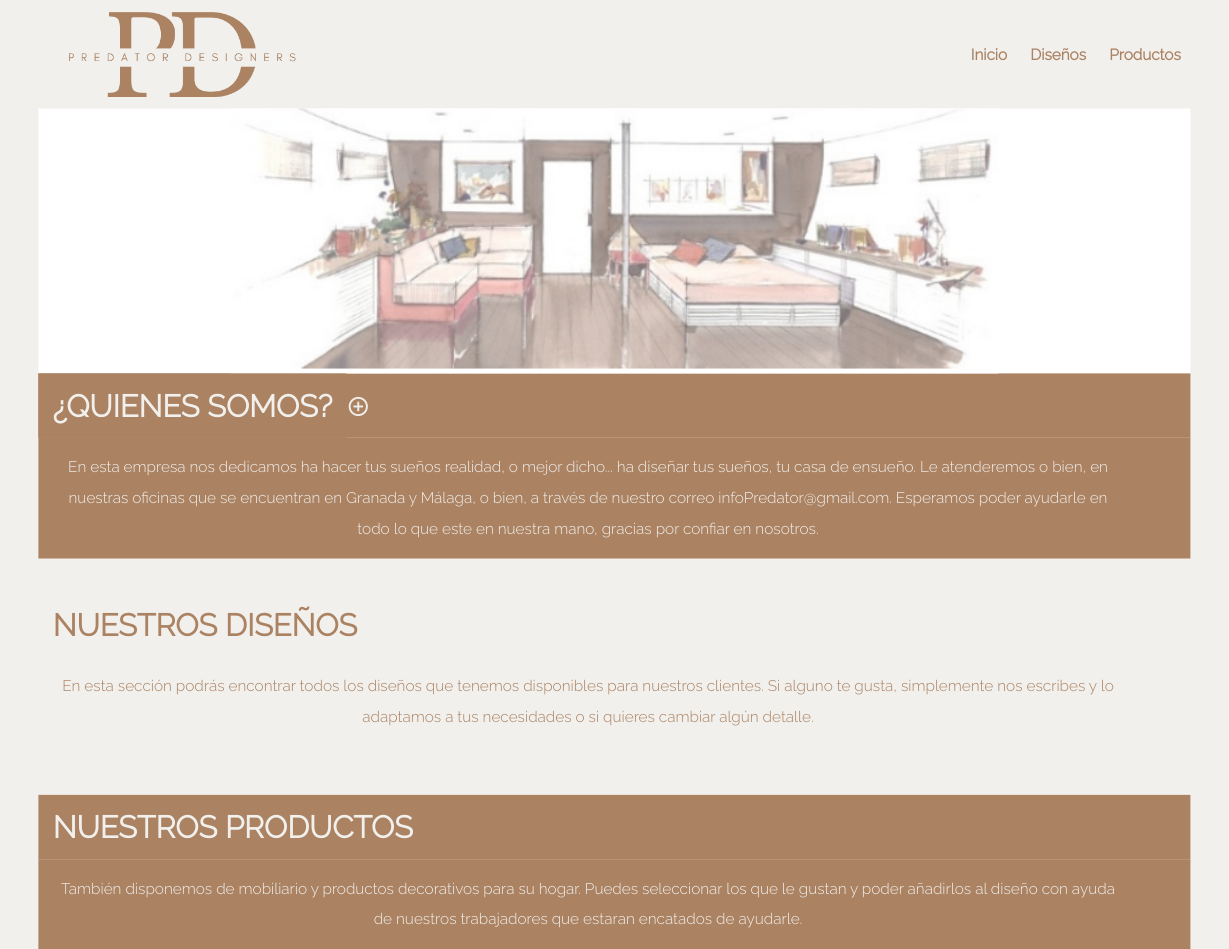
Repository: judiith-mf/dise-oInterior
Page: index.html
The author's editor kept a record of every edit. The page is drawn from the files as they stood at one moment, then again after the next edit.
The browser window is 1280 px wide. The pictures show the whole page, at 96% of full size.

Above is the page before.

### index.html
<html lang="en">
<head>
    <meta charset="UTF-8">
    <meta name="viewport" content="width=device-width, initial-scale=1.0">
    <title>Eponymous</title>
    <link rel="stylesheet" href="css/estilos.css">
    <link href="https://fonts.googleapis.com/css2?family=Raleway:wght@300&display=swap" rel="stylesheet">
    <link rel="stylesheet" href="https://fonts.googleapis.com/css2?family=Material+Symbols+Outlined:opsz,wght,FILL,GRAD@20..48,100..700,0..1,-50..200" />

    </head>
<body>
    <div class="contenedor">
        <div class="tit-nav">
            <div class="tit">
                <img src="imagenes/DP.png" alt="">
            </div>
            <div class="nav">
                <nav>
                    <a href="index.html">Inicio</a>
                    <a href="#">Diseños</a>
                    <a href="#">Productos</a>
                </nav>
            </div>
        </div>

        <div class="img">
            <img src="imagenes/Captura.PNG" alt="">
        </div>



            <div class="contenido">
                <div class="info">
                    <h1 class="marron" id="h1_marron">¿QUIENES SOMOS?</h1>
                    <span class="material-symbols-outlined">add_circle</span>
                </div>


                <div class="marron">
                    <div class="marron_texto">
                        <p>En esta empresa nos dedicamos ha hacer tus sueños realidad, o mejor dicho... ha diseñar tus sueños, tu casa de ensueño. Le atenderemos o bien, en nuestras oficinas que se encuentran en Granada y Málaga, o bien, a través de nuestro correo infoPredator@gmail.com. Esperamos poder ayudarle en todo lo que este en nuestra mano, gracias por confiar en nosotros.
                        </p>
                    </div>

                </div>


                <h1 class="blanco" id="h1_blanco">NUESTROS DISEÑOS</h1>
                <div class="blanco">
                    <div class="blanco_texto">
                        <p>
                            En esta sección podrás encontrar todos los diseños que tenemos disponibles para nuestros clientes. Si alguno te gusta, simplemente nos escribes y lo adaptamos a tus necesidades o si quieres cambiar algún detalle.
                        </p>
                    </div>
                </div>

                <h1 class="marron" id="h1_marron">NUESTROS PRODUCTOS</h1>
                <div class="marron">
                    <div class="marron_texto">
                        <p>También disponemos de mobiliario y productos decorativos para su hogar. Puedes seleccionar los que le gustan y poder añadirlos al diseño con ayuda de nuestros trabajadores que estaran encatados de ayudarle.
                        </p>
                    </div>
                </div>

            </div>


    </div>
    <script src="https://cdn.jsdelivr.net/npm/bootstrap@5.3.2/dist/js/bootstrap.bundle.min.js" integrity="sha384-C6RzsynM9kWDrMNeT87bh95OGNyZPhcTNXj1NW7RuBCsyN/o0jlpcV8Qyq46cDfL" crossorigin="anonymous"></script>

</body>
</html>

### css/estilos.css
*{
    margin: 0;
}

/*BODY*/
body{
    background-color: #F1F0ED;
    font-family: 'Raleway', sans-serif;
}
.contenedor{
    max-width: 1200px;
    margin: 0 auto;
}
/*CABECERA*/
.tit-nav{
    display: flex;
    padding: 10 0;
    justify-content: space-between;
    align-items: center;
}
    /*TITULO CABECERA*/
    .tit{
        color: #AB8262;
        font-size: 22px;
    }

    /*NAVEGACION*/

    .tit img{
        width: 300px;
    }
    .nav a{
        text-decoration: none;
        color: #AB8262;
        padding: 10;
        font-weight: bold;
        font-size: 16px;
    }

    .nav a:hover{
        text-decoration: none;
        color: #AB8262;
        padding: 10;
        font-weight: bold;
        font-size: 16px;
        background-color: white;
        border-radius: 3px;

    }


/*IMAGEN*/
.img{
    background-color: white;
    text-align: center;
}
    .img img{
        width: 800;
    }


    .contenido h1,.contenido p,.contenido a{
        padding: 15;
    }


    /*CONTENIDO*/
    .contenido{
        max-width: 100%;
    }
        .blanco, .marron{
            display: flex;
        }

        .contenido p{
            padding-right: 70;
            line-height: 2;
        }

        .contenido a{
            color: gray;
            line-height: 3;
        }


/*CUADROS DE COLORES*/
        #h1_blanco{
             padding-top: 50;
        }

        .blanco_texto{
            padding-bottom: 50;
        }
        .marron_texto p, #h1_blanco, .blanco_texto p{
            text-align: center;
        }
        .marron{
            background-color: #AB8262;
            color: #F1F0ED;

        }

        .blanco{
            background-color:#F1F0ED;
            color: #AB8262;

        }

        .info{
            display: flex;
            background-color: #AB8262;
        }
        .info_blanca{
            display: flex;
            background-color: #F1F0ED;
        }

        .material-symbols-outlined{
            padding-top: 22px;
            color: #F1F0ED;
        }

        #boton_blanco{
            color: #AB8262;
            background-color: #F1F0ED;
            padding-top: 56px;
        }

After the next edit:
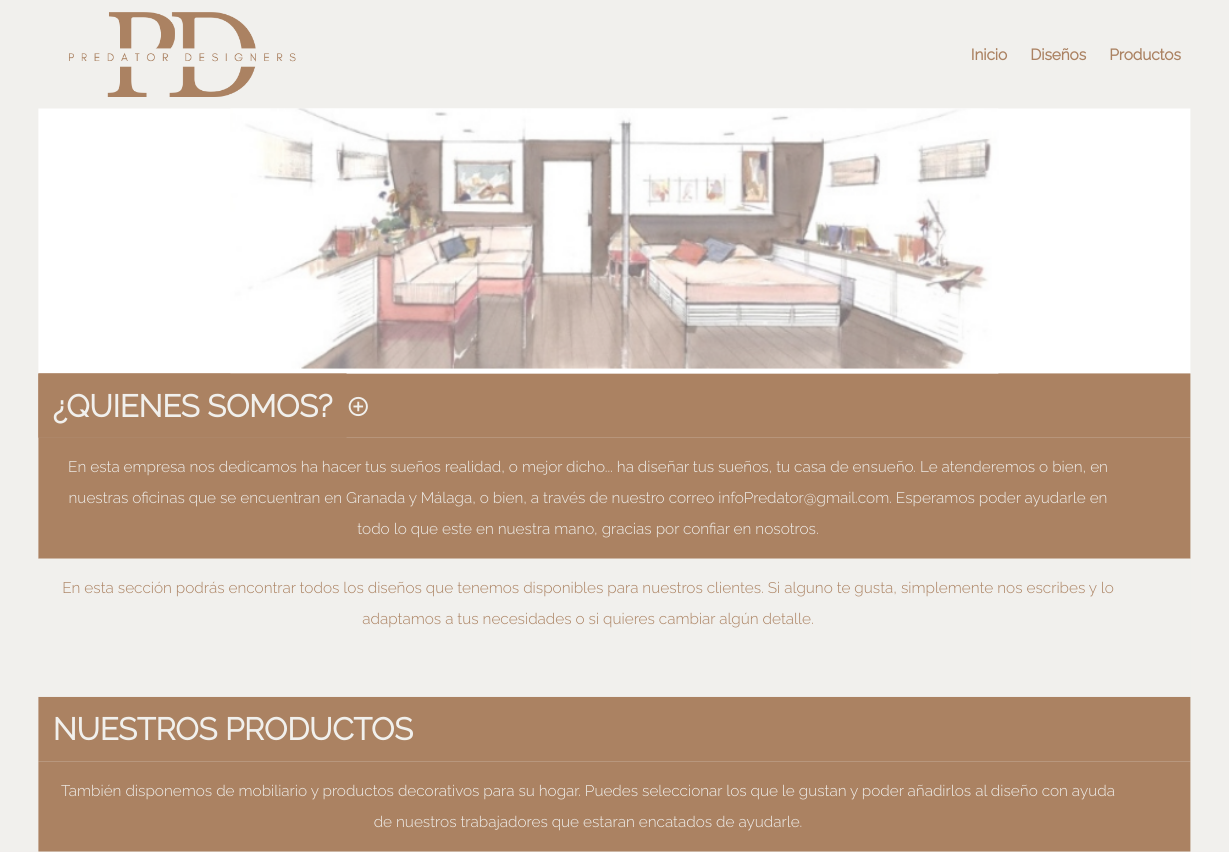
The edit:
--- a/index.html
+++ b/index.html
@@ -44,8 +44,10 @@
 
                 </div>
 
+                <div class="info">
 
-                <h1 class="blanco" id="h1_blanco">NUESTROS DISEÑOS</h1>
+                </div>
+
                 <div class="blanco">
                     <div class="blanco_texto">
                         <p>
